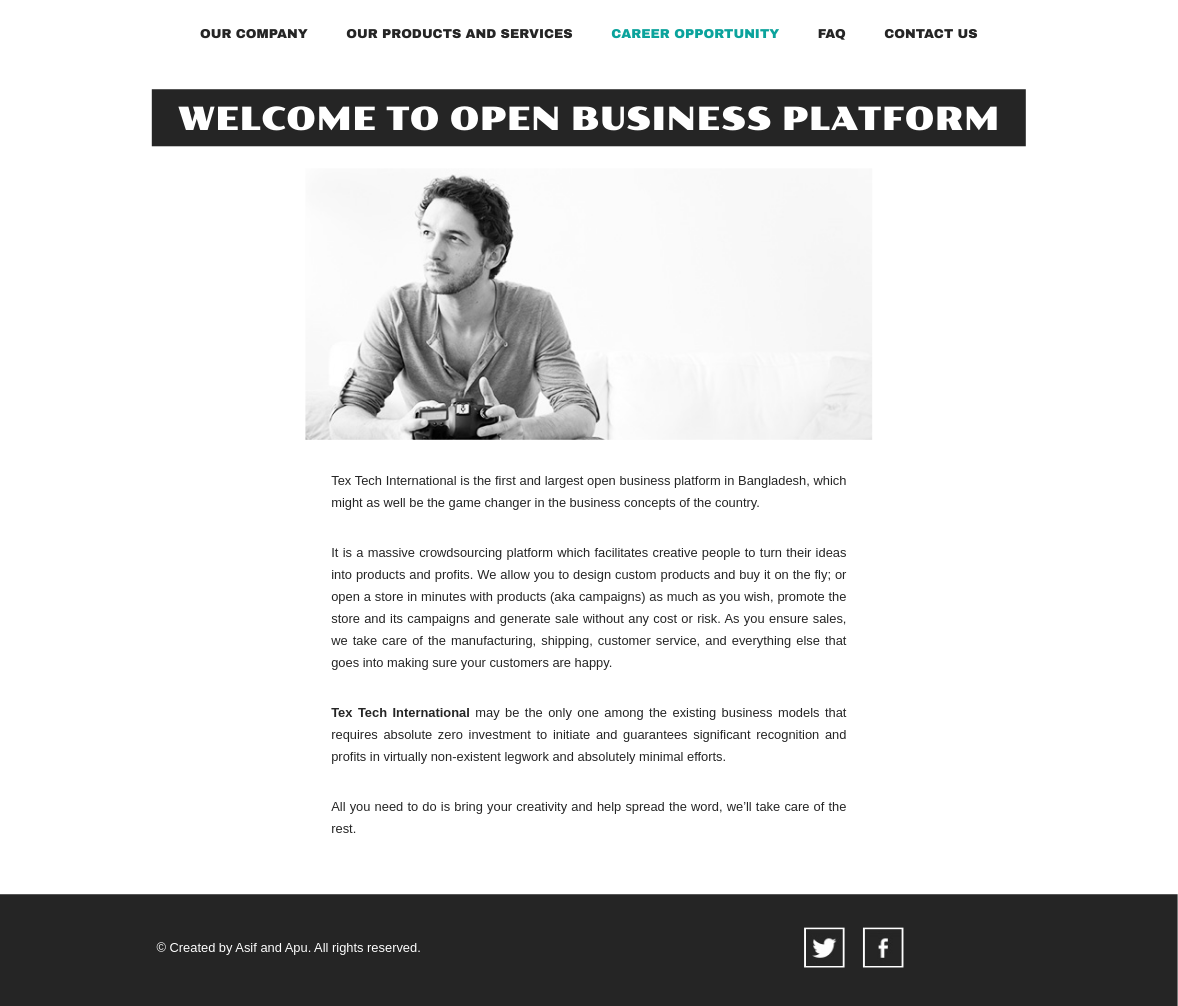
Repository: asifdotpy/textechint
Page: about.html
The author's editor kept a copy of each file at every save. The page is drawn from the files as they stood at one save, then again after a run of saves.
The browser window is 1280 px wide. The pictures show the whole page, at 92% of full size.

Above is the page before, as saved 2021-02-24 00:51:54.

### about.html
<!doctype html>
<html>
<head>
	<meta charset="UTF-8">
	<meta name="viewport" content="width=device-width, initial-scale=1.0">
	<title>Career Opportunity - Tex Tech International</title>
	<link rel="stylesheet" type="text/css" href="css/style.css">
	<link rel="stylesheet" type="text/css" href="css/mobile.css" media="screen and (max-width : 568px)">
	<script type="text/javascript" src="js/mobile.js"></script>
</head>
<body>
	<div id="header">
		<ul id="navigation">
			<li>
				<a href="index.html">our company</a>
			</li>
			<li>
				<a href="gallery.html">Our Products and services
				</a>
			</li>
			<li class="selected">
				<a href="about.html">career opportunity</a>
			</li>
			<li>
				<a href="blog.html">faq</a>
			</li>
			<li>
				<a href="contact.html">contact us</a>
			</li>
		</ul>
	</div>
	<div id="body">
		<h1><span>Welcome to Open Business Platform</span></h1>
		<div>
			<img src="images/photographer.jpg" alt="">
			<div class="article">
				<!--<h3>Tex Tech International is the first and largest open business platform in Bangladesh</h3>-->
				<p>Tex Tech International is the first and largest open business platform in Bangladesh, which might as well be the game changer in the business concepts of the country. </p>
				<!--<h3>Our goal </h3>-->
				<p>It is a massive crowdsourcing platform which facilitates creative people to turn their ideas into products and profits. We allow you to design custom products and buy it on the fly; or open a store in minutes with products (aka campaigns) as much as you wish, promote the store and its campaigns and generate sale without any cost or risk. As you ensure sales, we take care of the manufacturing, shipping, customer service, and everything else that goes into making sure your customers are happy.</p>
				<!--<h3>Be Part of Our Community</h3>-->
				<p><b>Tex Tech International</b> may be the only one among the existing business models that requires absolute zero investment to initiate and guarantees significant recognition and profits in virtually non-existent legwork and absolutely minimal efforts.</p>
				<!--<h3>Work area</h3>-->
				<p>All you need to do is bring your creativity and help spread the word, we’ll take care of the rest.</p>
			</div>
		</div>
	</div>
	<div id="footer">
		<div>
			<p>&copy; Created by Asif and Apu. All rights reserved.</p>
			<ul>
				<li>
					<a href="http://freewebsitetemplates.com/go/twitter/" id="linkedin">lindedin</a>
				</li>
				<li>
					<a href="https://www.facebook.com/textechint" target="_blank" id="facebook">facebook</a>
			</ul>
		</div>
	</div>
</body>
</html>

### css/style.css
@font-face {
	font-family: 'poller_oneregular';
	src: url('../fonts/pollerone/pollerone-webfont.eot');
	src: url('../fonts/pollerone/pollerone-webfont.eot?#iefix') format('embedded-opentype'),
		 url('../fonts/pollerone/pollerone-webfont.woff') format('woff'),
		 url('../fonts/pollerone/pollerone-webfont.ttf') format('truetype'),
		 url('../fonts/pollerone/pollerone-webfont.svg#poller_oneregular') format('svg');
}
@font-face {
	font-family: 'leckerli_oneregular';
	src: url('../fonts/leckerlione/leckerlione-regular-webfont.eot');
	src: url('../fonts/leckerlione/leckerlione-regular-webfont.eot?#iefix') format('embedded-opentype'),
		 url('../fonts/leckerlione/leckerlione-regular-webfont.woff') format('woff'),
		 url('../fonts/leckerlione/leckerlione-regular-webfont.ttf') format('truetype'),
		 url('../fonts/leckerlione/leckerlione-regular-webfont.svg#leckerli_oneregular') format('svg');
}

body {
	background: #fff;
	font-family: Arial, Helvetica, sans-serif;
	font-size: 14px;
	font-weight: normal;
	line-height: 1;
	margin: 0;
	min-width: 960px;
	padding: 0;
}
p {
	color: #252525;
	line-height: 24px;
	margin: 0;
	padding: 0;
}
p a {
	color: #252525;
	text-decoration: underline;
}
p a:hover {
	color: #898989;
}
#header {
	margin: 0 auto;
	padding: 4px 0 50px;
	text-align: center;
	width: 960px;
}
#header a.logo {
	display: block;
	margin: 0 auto;
	padding: 0;
	width: 340px;
}
#header a.logo img {
	border: 0;
	display: block;
	margin: 0;
	padding: 0;
}
#header ul {
	margin: 0;
	padding: 25px 0 0;
}
#header ul li {
	display: inline;
	list-style: none;
	margin: 0;
	padding: 0 19px;
}
#header ul li a {
	color: #252525;
	display: inline-block;
	font-family: "Arial Black", Gadget, sans-serif;
	font-size: 14px;
	font-weight: normal;
	margin: 0;
	padding: 0 0 3px;
	text-decoration: none;
	text-transform: uppercase;
}
#header ul li a:hover, #header ul li.selected a {
	color: #0ba39c;
}
#body {
	margin: 0;
	padding: 0 0 30px;
	text-align: center;
}
#body h1 {
	color: #fff;
	display: inline;
	font-family: poller_oneregular;
	font-size: 35px;
	font-weight: normal;
	margin: 0;
	padding: 0;
	text-transform: uppercase;
}
#body h1 span {
	background: #252525;
	display: inline-block;
	padding: 15px 28px 12px;
}
#body > div {
	margin: 0 auto;
	padding: 0;
	width: 960px;
}
#body > div img {
	border: 0 auto;
	margin: 24px 0 0;
	padding: 0;
}
#body > div .article {
	margin: 0 auto;
	padding: 30px 30px 0;
	width: 560px;
}
#body > div .article h2 {
	font-family: "Arial Black", Gadget, sans-serif;
	font-size: 25px;
	font-weight: normal;
	margin: 0 0 30px;
}
#body > div .article h3 {
	color: #252525;
	line-height: 24px;
	margin: 0;
	padding: 0;
}
#body > div .article h4 {
	background: #252525;
	color: #fff;
	display: inline-block;
	font-family: "Arial Black", Gadget, sans-serif;
	font-size: 25px;
	font-weight: normal;
	margin: 0 0 30px;
	padding: 8px 27px 10px;
}
#body > div .article p {
	margin: 0 0 30px;
	text-align: justify;
}
#body div div ul {
	margin: 0;
	padding: 24px 10px 0;
	width: 940px;
	list-style-type: none;
}
#body div div ul li {
	border: 2px solid #1a1a1a;
	display: block;
	list-style: none;
	margin: 0 0 13px;
	overflow: hidden;
	padding: 0;
}
#body div ul li .figure {
	border-right: 2px solid #1a1a1a;
	float: left;
	margin: 0;
	padding: 0;
	width: 376px;
}
#body div ul li img {
	border: 0;
	display: block;
	margin: 0;
	padding: 0;
	opacity: 0.8;
	transition: 0.5s ease-in-out;
}
#body div ul li .figure:hover img {
	opacity: 1;
}
#body div ul li div {
	float: left;
	margin: 0;
	padding: 63px 0 20px;
	width: 558px;
}
#body div ul li div h3 {
	color: #252525;
	font-family: "Arial Black", Gadget, sans-serif;
	font-size: 25px;
	font-weight: normal;
	margin: 0;
	padding: 0;
	text-transform: uppercase;
}
#body div ul li div p {
	padding: 30px 30px 18px;
}
#body div ul li div a.more {
	background: #000;
	color: #fff;
	display: inline-block;
	font-family: "Arial Black", Gadget, sans-serif;
	font-size: 18px;
	font-weight: normal;
	margin: 0;
	padding: 8px 28px;
	text-decoration: none;
	text-transform: uppercase;
}
#body div ul li div a.more:hover {
	color: #252525;
	background: #fff;
	border: 2px solid #252525;
}
#body #featured {
	margin: 0 0 13px;
	padding: 0;
	position: relative;
	width: 100%;
}
#body #featured img {
	border: 0;
	display: block;
	margin: 0;
	padding: 0;
	width: 100%;
	height: auto;
}
#body #featured div {
	left: 50%;
	margin-left: -480px;
	margin-top: -171px;
	padding: 0 0 0 470px;
	position: absolute;
	top: 50%;
	text-align: left;
	width: 490px;
}
#body #featured div h2 {
	background: #fff;
	color: #000;
	display: inline-block;
	font-family: poller_oneregular;
	font-size: 20px;
	font-weight: normal;
	margin: 0 0 18px;
	padding: 23px 27px 20px;
	text-transform: uppercase;
}
#body #featured div span {
	background: #252525;
	color: #fff;
	display: inline-block;
	font-size: 20px;
	margin: 7px 0;
	padding: 12px 27px;
}
#body #featured div a {
	background: #0ba39c;
	color: #fff;
	display: inline-block;
	font-size: 16px;
	margin: 15px 0 0;
	padding: 26px 27px 22px;
	text-align: center;
	text-decoration: none;
	text-transform: uppercase;
}
#body #featured div a:hover {
	background: #1fc3bc;
}
#body > ul {
	margin: 0 auto;
	overflow: hidden;
	padding: 24px 0 0;
	width: 960px;
}
#body > ul li {
	display: block;
	float: left;
	margin: 0 10px 20px;
	padding: 0;
	width: 300px;
}
#body > ul li a {
	color: #000;
	display: block;
	font-family: poller_oneregular;
	font-size: 20px;
	font-weight: normal;
	margin: 0;
	padding: 0;
	text-align: center;
	text-decoration: none;
	text-transform: uppercase;
}
#body > ul li a img {
	border: 2px solid #1a1a1a;
	display: block;
	margin: 0;
	padding: 0;
	opacity: .8;
	transition: 0.5s ease-in-out;
}
#body > ul li a:hover img {
	opacity: 1;
}
#body > ul li a span {
	display: block;
	margin: 0;
	padding: 33px 0 0;
}
#body form {
	margin: 0 auto;
	padding: 24px 0 0;
	width: 620px;
}
#body form input, #body form textarea {
	border: 2px solid #252525;
	color: #252525;
	font-family: Arial, Helvetica, sans-serif;
	font-size: 15px;
	font-weight: normal;
	margin: 0 0 37px;
	padding: 20px 10px;
	text-align: center;
	text-transform: uppercase;
	width: 596px;
}
#body form textarea {
	height: 175px;
	overflow: auto;
	resize: none;
}
#body form #send {
	background: #252525;
	color: #fff;
	font-family: "Arial Black", Gadget, sans-serif;
	font-size: 15px;
	font-weight: normal;
	display: inline-block;
	padding: 20px 28px;
	width: auto;
}
#body form #send:hover {
	background: #fff;
	color: #252525;
	cursor: pointer;
}
#footer {
	background: #252525;
	margin: 0;
	padding: 36px 0 42px;
}
#footer div {
	margin: 0 auto;
	overflow: hidden;
	padding: 0;
	width: 960px;
}
#footer div p {
	color: #fff;
	float: left;
	line-height: 44px;
	margin: 0 0 0 10px;
	padding: 0;
}
#footer div ul {
	display: block;
	float: right;
	margin: 0;
	overflow: hidden;
	padding: 0;
	width: 256px;
}
#footer div ul li {
	display: block;
	float: left;
	list-style: none;
	margin: 0 10px;
	padding: 0;
	width: 44px;
}
#footer div ul li a {
	background: url(../images/icons.jpg) no-repeat 0 0;
	display: block;
	height: 44px;
	margin: 0;
	padding: 0;
	text-indent: -99999px;
	width: 44px;
}
#footer div ul li #linkedin {
	background-position: 0 0;
}
#footer div ul li #linkedin:hover {
	background-position: -44px 0;
}
#footer div ul li #facebook {
	background-position: 0 -44px;
}
#footer div ul li #facebook:hover {
	background-position: -44px -44px;
}

div .intro h1 {
	margin: 0px 50px;
	padding: 0px 50px;
	background-color: #0ba39c;
	text-decoration: #1a1a1a;
}

div .intro p {
	margin: 10px;
	padding: 10px;
	font-size: 16px;
}

div .main {
	font-size: 15px;
}



.post-container {
    margin: 20px 20px 0 0;
    border: 5px solid #333;
    overflow: auto
}
.post-thumb {
    float: left;
}
.post-thumb img {
    display: block;
}
.post-content {
    margin-left: 210px
}
.post-title {
    font-weight: bold;
    font-size: 200%
}

div .main {
	text-align: justify;
}

div .article

### js/mobile.js
window.onload = function(){
	var getNavi = document.getElementById('navigation');

	var mobile = document.createElement("span");
	mobile.setAttribute("id","mobile-navigation");
	getNavi.parentNode.insertBefore(mobile,getNavi);

	document.getElementById('mobile-navigation').onclick = function(){
		var a = getNavi.getAttribute('style');
		if(a){
			getNavi.removeAttribute('style');
			document.getElementById('mobile-navigation').style.backgroundImage='url(images/mobile-menu.png)';
		} else {
			getNavi.style.display='block';
			document.getElementById('mobile-navigation').style.backgroundImage='url(images/mobile-close.png)';
		}
	};
	var getElm = getNavi.getElementsByTagName("LI");
	for(var i=0;i<getElm.length;i++){
		if(getElm[i].children.length>1){
			var smenu = document.createElement("span");
			smenu.setAttribute("class","mobile-submenu");
			smenu.setAttribute("OnClick","submenu("+i+")");
			getElm[i].appendChild(smenu);
		};
	};
	submenu = function (i){
		var sub = getElm[i].children[1];
		var b = sub.getAttribute('style');
		if(b){
			sub.removeAttribute('style');
			getElm[i].lastChild.style.backgroundImage='url(images/mobile-expand.png)';
			getElm[i].lastChild.style.backgroundColor='rgba(11, 163, 156, 0.7)';
		} else {
			sub.style.display='block';
			getElm[i].lastChild.style.backgroundImage='url(images/mobile-collapse.png)';
			getElm[i].lastChild.style.backgroundColor='rgba(0,0,0,0.8)';
		}
	};
};

### css/mobile.css
body {
	min-width: 0;
}
#header {
	padding: 20px 0;
	position: relative;
	width: 100%;
}
#header a.logo {
	width: 80%;
}
#header a.logo img {
	width: 100%;
}
#mobile-navigation {
	background: url(../images/mobile-menu.png) no-repeat 0 0;
	display: block;
	height: 50px;
	margin: 30px auto 0;
	padding: 0;
	width: 50px;
}
#header ul {
	border: 1px solid #fff;
	display: none;
	left: 50%;
	margin-left: -45%;
	padding: 0;
	position: absolute;
	width: 90%;
	z-index: 1001;
}
#header ul li {
	border-top: 1px solid #fff;
	display: block;
	margin: 0;
	padding: 0;
	position: relative;
}
#header > ul > li:first-child {
	border: 0;
}
#header ul li a {
	background: rgba(11, 163, 156, 0.9);
	color: #fff;
	display: block;
	font-family: Arial, Helvetica, sans-serif;
	font-size: 16px;
	font-weight: normal;
	height: 49px;
	line-height: 49px;
	padding: 0 15px;
	text-align: left;
}
#header ul li a:hover, #header ul li.selected a {
	background: rgba(0, 0, 0, 0.9);
	color: #fff;
}
#header ul ul {
	display: none;
	border: 0;
	height: auto;
	left: 0;
	margin: 0;
	position: relative;
	width: 100%;
}
#header ul ul li a {
	text-indent: 15px;
}
#header ul li span {
	background: rgba(11, 163, 156, 0.9) url(../images/mobile-expand.png) no-repeat 0 0;
	border-left: 1px solid #fff;
	display: block;
	height: 49px;
	position: absolute;
	right: 0;
	top: 0;
	width: 50px;
}
#body {
	width: 100%;
}
#body h1 {
	display: block;
	font-size: 20px;
	margin: 0 auto;
	width: 90%;
}
#body h1 span {
	display: block;
	padding: 3%;
	width: 94%;
}
#body > div {
	padding: 0 5%;
	width: 90%;
}
#body > div img {
	margin: 24px 0 30px;
	width: 98%
}
#body > div .article {
	padding: 0;
	width: 100%;
}
#body > div .article h2, #body > div .article h4 {
	font-size: 18px;
	font-weight: bold;
}
#body #featured {
	overflow: hidden;
	margin: 0 0 20px
}
#body #featured img {
	min-width: 960px;
}
#body #featured div {
	left: 0;
	margin: 0;
	padding: 0 2%;
	position: absolute;
	top: 0;
	text-align: left;
	width: 96%;
}
#body #featured div h2 {
	font-size: 14px;
	font-weight: normal;
	margin: 50px 0 10px;
	padding: 8px 5px;
}
#body #featured div span {
	display: block;
	font-size: 14px;
	margin: 10px 0;
	padding: 10px;
}
#body #featured div a {
	font-size: 14px;
	margin: 5px 0 0;
	padding: 10px;
}
#body > ul {
	overflow: visible;
	padding: 0 5%;
	width: 90%;
}
#body ul.gallery {
	padding: 5% 0;
	overflow: hidden;
	width: 100%;
}
#body > ul li {
	float: none;
	margin: 0;
	width: 100%;
}
#body ul.gallery li {
	float: left;
	margin: 0 0 5% 5%;
	width: 42%;
}
#body > ul li a img {
	width: 98%;
}
#body > ul li a span {
	padding: 15px 0;
}
#body div ul {
	margin: 0;
	padding: 20px 0 0;
	width: 100%;
}
#body div ul li {
	overflow: visible;
	padding: 0 0 20px;
	width: 99%;
}
#body div ul li .figure {
	border: 0;
	display: block;
	float: none;
	margin: 0 0 20px;
	width: 100%;
}
#body div ul li .figure img {
	width: 100%;
}
#body div ul li div {
	float: none;
	padding: 0;
	width: 100%;
}
#body div ul li div a.more:hover {
	height: 14px;
	line-height: 14px;
}
#body form {
	width: 100%;
}
#body form input, #body form textarea {
	margin: 0 0 20px;
	padding: 10px;
	width: 84%;
}
#body form #send {
	padding: 10px;
}
#footer {
	padding: 10px 0 25px;
}
#footer div {
	overflow: visible;
	width: 100%;
}
#footer div p {
	float: none;
	margin: 0;
	text-align: center;
}
#footer div ul {
	float: none;
	margin: 0 auto;
	width: 256px;
}

After the next 2 saves:
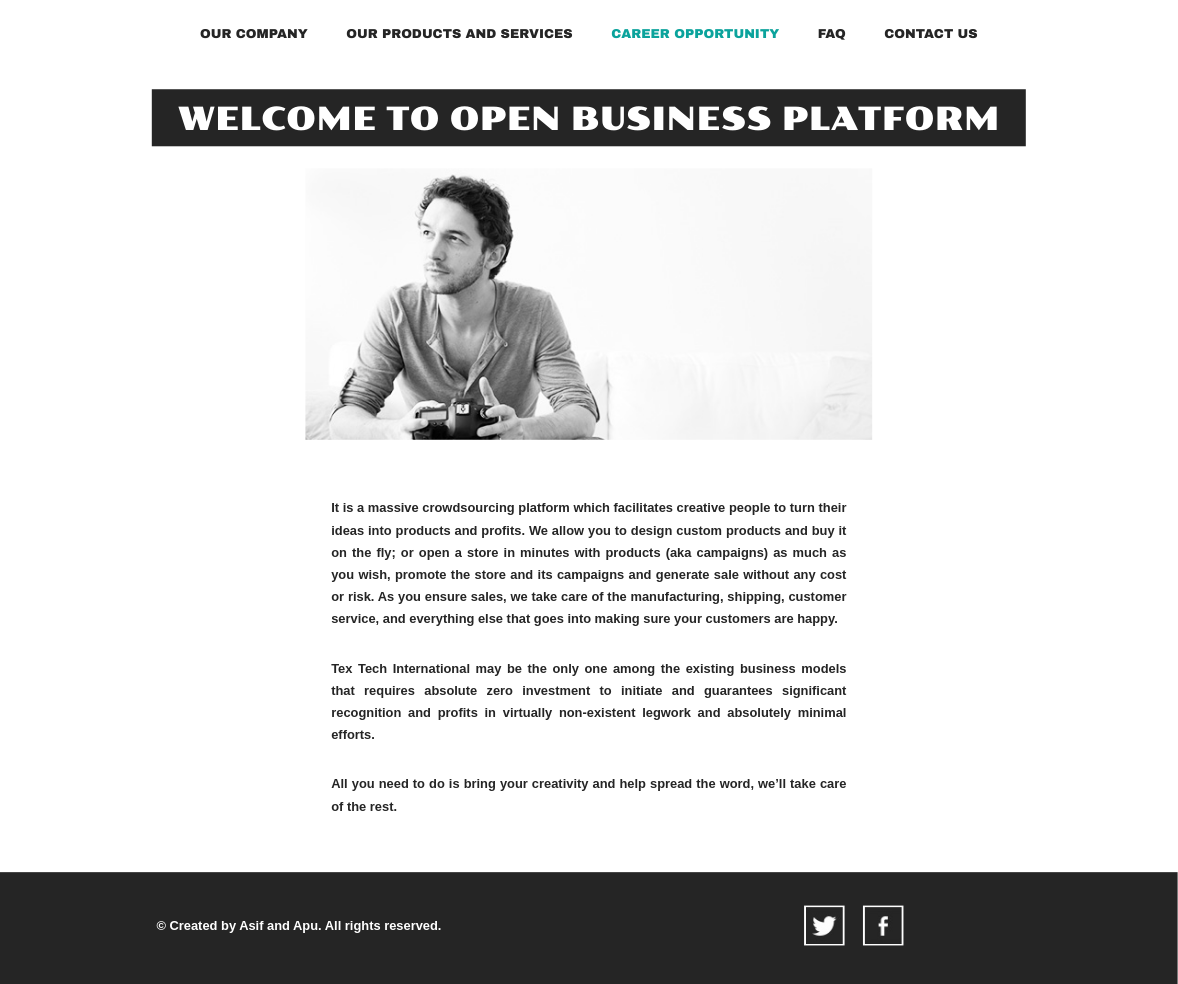
The 2 saves are shown as one change because they came seconds apart.
The last was saved 7 s later.
--- a/about.html
+++ b/about.html
@@ -35,7 +35,7 @@
 			<img src="images/photographer.jpg" alt="">
 			<div class="article">
 				<!--<h3>Tex Tech International is the first and largest open business platform in Bangladesh</h3>-->
-				<p>Tex Tech International is the first and largest open business platform in Bangladesh, which might as well be the game changer in the business concepts of the country. </p>
+				<p><strong Tech International is the first and largest open business platform in Bangladesh, which might as well be the game changer in the business concepts of the country. </p>
 				<!--<h3>Our goal </h3>-->
 				<p>It is a massive crowdsourcing platform which facilitates creative people to turn their ideas into products and profits. We allow you to design custom products and buy it on the fly; or open a store in minutes with products (aka campaigns) as much as you wish, promote the store and its campaigns and generate sale without any cost or risk. As you ensure sales, we take care of the manufacturing, shipping, customer service, and everything else that goes into making sure your customers are happy.</p>
 				<!--<h3>Be Part of Our Community</h3>-->
